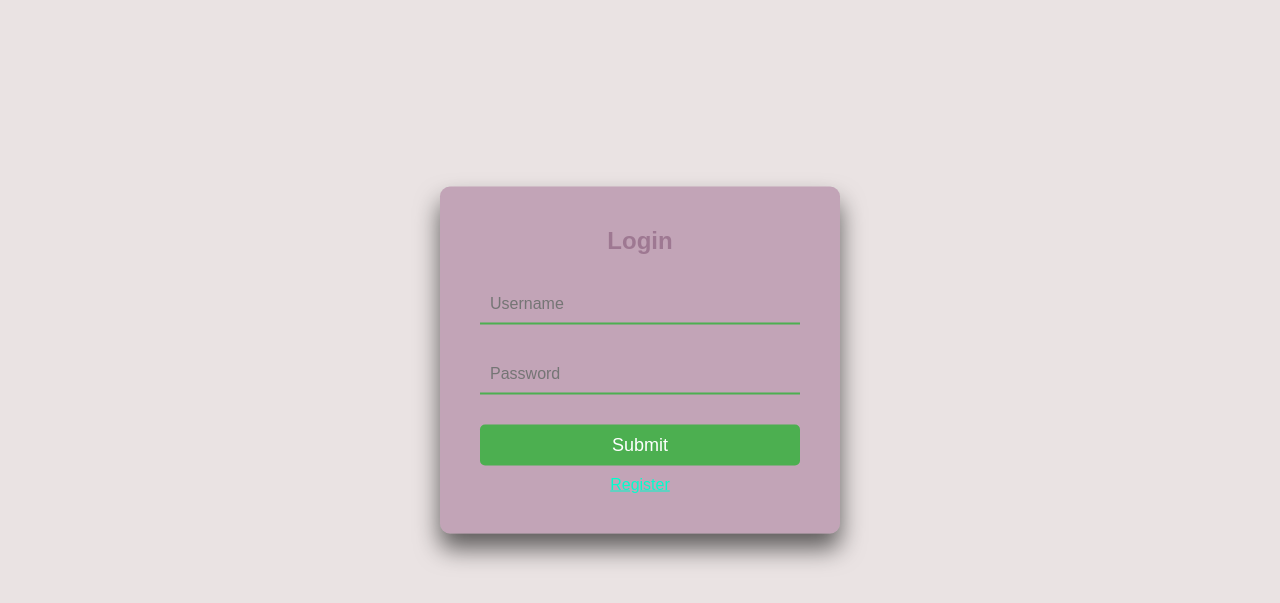
Repository: SRBshakib/Safe-Food---DBMS-project
Page: Organaization/login.html
These files come from the project's save history. The page is drawn as it stood at one moment and after the next save; the edit follows.
The browser window is 1280 px wide. The pictures show the whole page.

Above is the page before, as saved 2024-11-10 21:55:27.

After the next save:
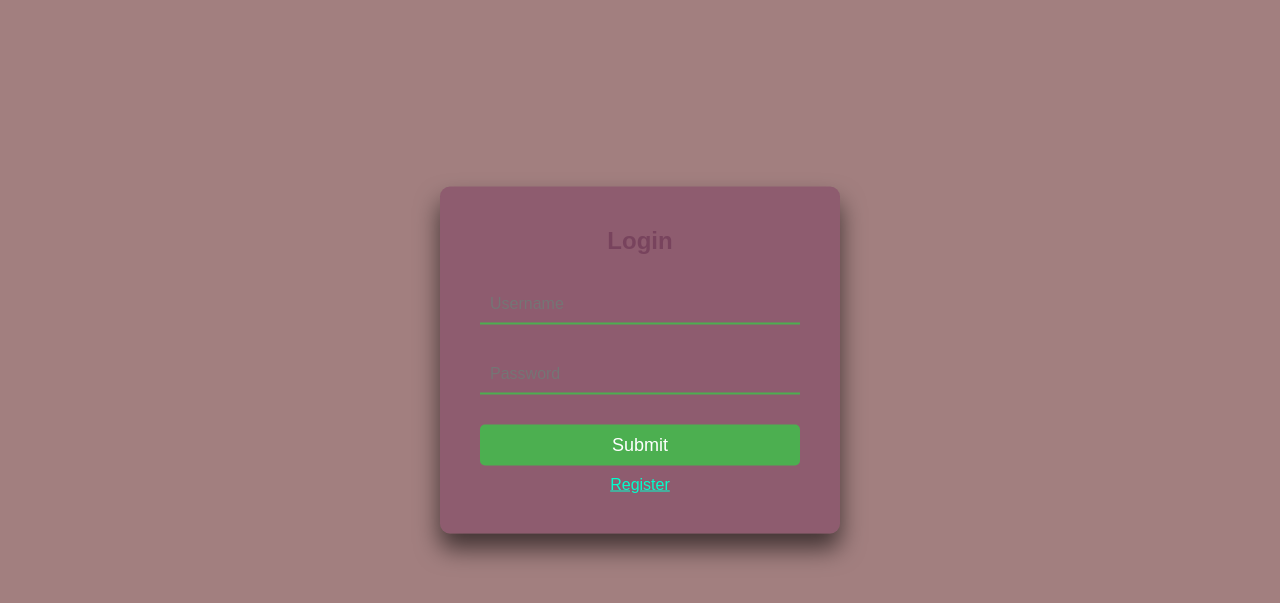
Saved 8 s later.
--- a/Organaization/style_login.css
+++ b/Organaization/style_login.css
@@ -12,7 +12,7 @@ body {
     justify-content: center;
     align-items: center;
     height: 100vh;
-    background-color: #4600001c;
+    background-color: #46000080;
     color: rgba(59, 1, 45, 0.267);
 }
 
